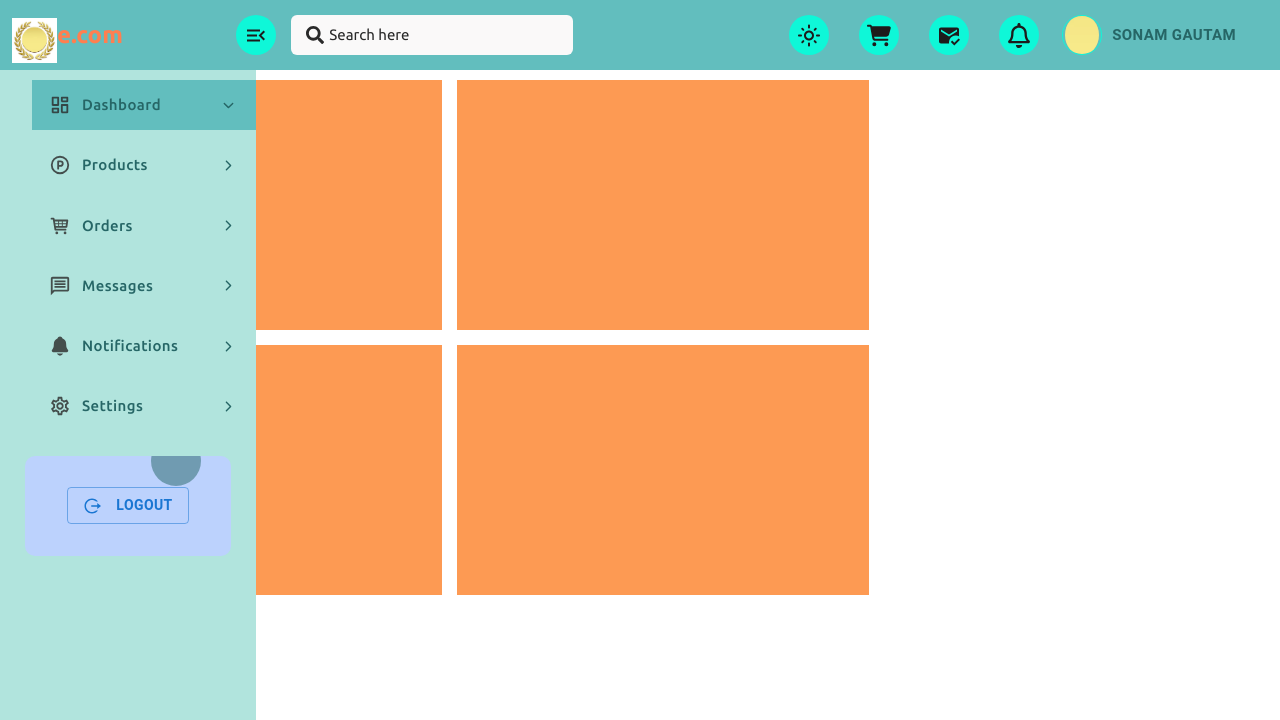
Repository: gautamsonam011/admin-react-dashboard
Page: /
These files come from the project's save history. The page is drawn as it stood at one moment and after the next save; the edit follows.
The browser window is 1280 px wide. The pictures show the whole page.
The project was rebuilt for these pictures with package versions that can differ from the ones it lists, and the page was loaded fresh each time.

Above is the page before, as saved 2025-04-16 12:00:44.

After the next save:
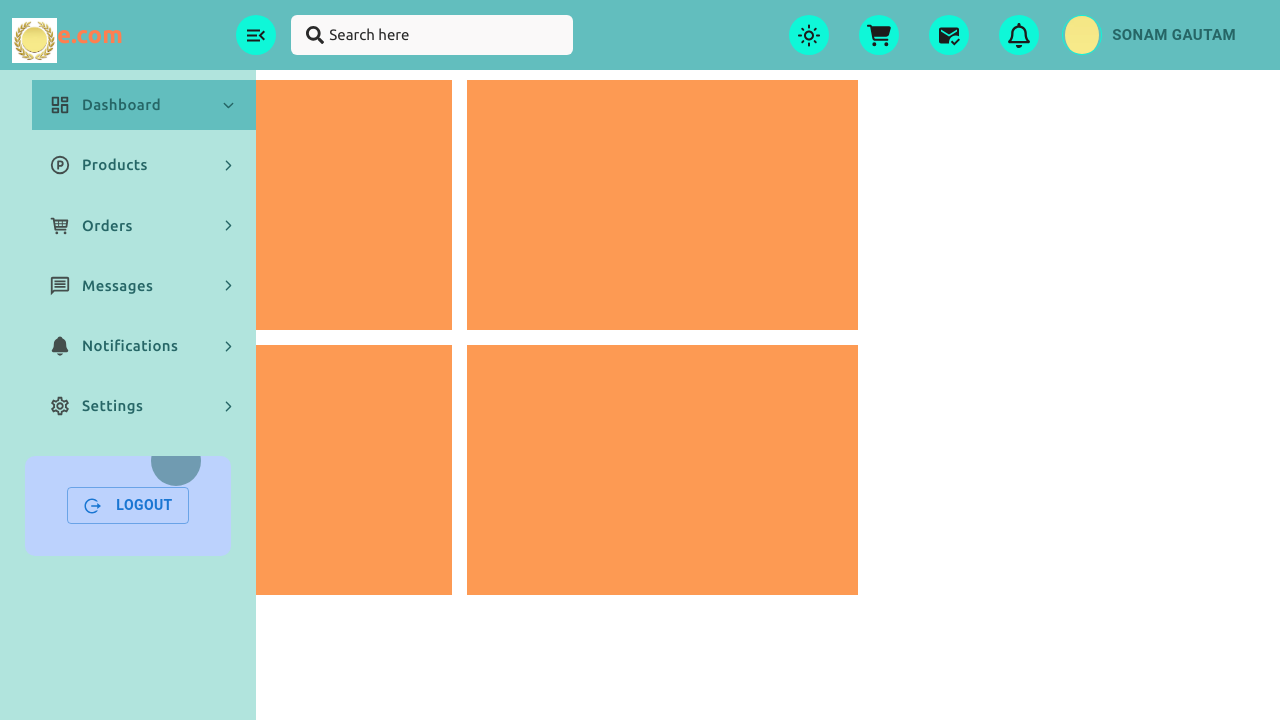
Saved 12 s later.
--- a/src/App.css
+++ b/src/App.css
@@ -92,6 +92,6 @@ position:relative; overflow:hidden;}
 .logoutWrapper .logoutBox button svg{margin-right: 15px; font-size:18px;}
 
 .main .content{width:80%; flex: 0 0 80%;}
-.right-content{padding: 80px 30px;}
+.right-content{padding: 80px 60px;}
 .dashboardBoxWrapper{gap: 15px; width:100%; flex-wrap: wrap;}
 .dashboardBoxWrapper .dashboardBox{width:45%; height: 250px; background-color:rgb(253, 154, 83);}
